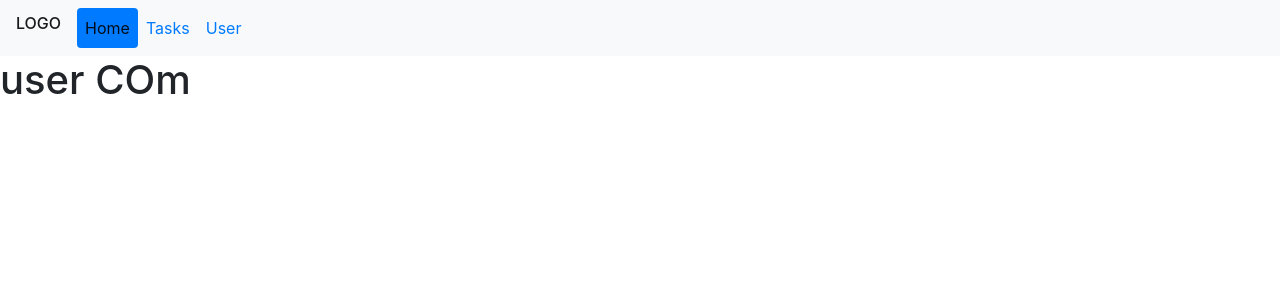
Repository: lalji-yadav/Nimapinfotech-demo-project
Page: /user
The author's editor kept a copy of each file at every save. The page is drawn from the files as they stood at one save, then again after the next save.
The browser window is 1280 px wide. The pictures show the whole page.
The project was rebuilt for these pictures with package versions that can differ from the ones it lists, and the page was loaded fresh each time. Also part of the build but not shown: src/components/Home.js, src/components/Tasks.js, src/components/Login.js.

Above is the page before, as saved 2021-01-17 19:04:53.

After the next save:
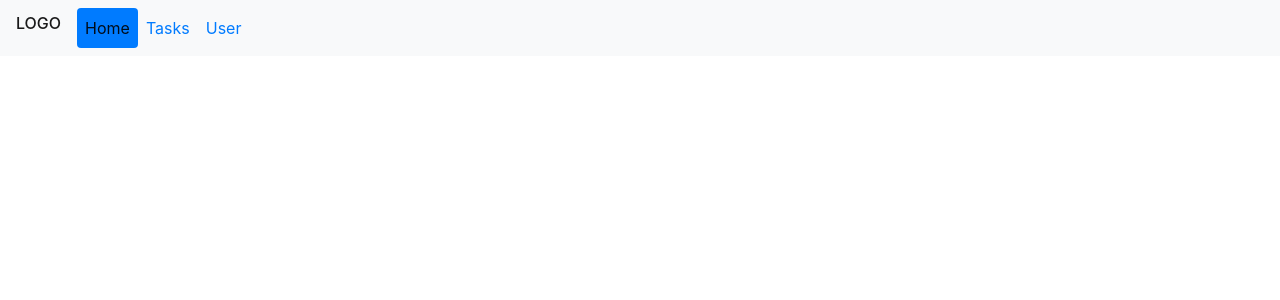
Saved 4 min 5 s later.
--- a/src/components/Users.js
+++ b/src/components/Users.js
@@ -4,7 +4,12 @@ const User=()=> {
 
         return (
             <div>
-                <h1>user  COm</h1>
+                <div className="row">
+                    <div className="col-sm-5">
+
+                    </div>
+
+                </div>
             </div>
         );
     }
